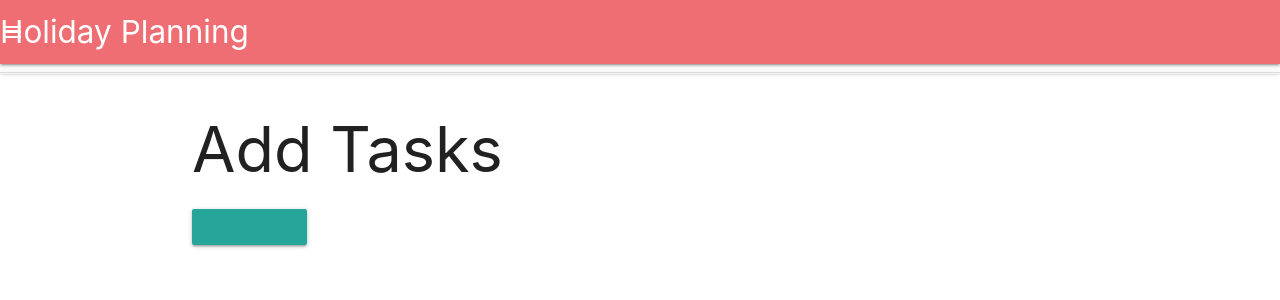
Repository: Code-Institute-Submissions/Project3-Holiday_Planning
Page: http://localhost/
The author's editor kept a record of every edit. The page is drawn from the files as they stood at one moment, then again after the next edit.
The browser window is 1280 px wide. The pictures show the whole page.
The page is served by the project's application, run on Flask 3 (app.py). Queries for data that is not in the repository find no rows.

Above is the page before.

### templates/tasks.html
{% extends 'layout.html' %}
{% block content %}


<!--put the collapsible initialization in layout.html    -->
<ul class="collapsible">
     {% for task in tasks %}
    <li>
      <div class="collapsible-header"><i class="material-icons">expand_more</i><strong>{{task.task_name}}</strong> - {{task.due_date}}</div>
      <div class="collapsible-body"><span>{{task.task_description}}</span><br><span>{{task.website_link}}</span></div>
    </li>

    {% endfor %}
  </ul>

<!--Sam's Code-->
<div>
    <section class="jumbotron text-center">
        <div class="container">
          <h1 class="jumbotron-heading" id="font1">Add Tasks</h1>
          <p id="font3">
            <a href='{{ url_for('add_task') }}' class="btn btn-warning my-2"><i class="fa fa-hand-peace-o"></i><br>Add Tasks</a>
          </p>
        </div>
      </section>
</div>

{% endblock %}

### templates/layout.html
<!DOCTYPE html>
<html>

<head>
        <link href="https://fonts.googleapis.com/icon?family=Material+Icons" rel="stylesheet">
        <link rel="stylesheet" href="https://cdnjs.cloudflare.com/ajax/libs/materialize/1.0.0/css/materialize.min.css">
        <link rel="stylesheet" href="{{url_for('static', filename='css/style.css')}}" type="text/css"/>
</head>


<body>
    <header>
        <nav>
            <div class="nav-wrapper">
                <a href="{{url_for('get_tasks')}}" class="brand-logo">Holiday Planning</a>
                <a href="#" data-activates="mobile-demo" class="button-collapse"><i class="material-icons">menu</i></a>
                <ul id="nav-mobile" class="right hide-on-med-and-down">
                    <li><a href="sass.html">Sass</a></li>
                    <li><a href="badges.html">Components</a></li>
                    <li><a href="collapsible.html">JavaScript</a></li>
                </ul>


            </div>
        </nav>

    </header>

    <div>
        {% block content %} {% endblock %}
    </div>

        <script src="https://cdnjs.cloudflare.com/ajax/libs/jquery/3.4.1/jquery.min.js"></script>
        <script src="https://cdnjs.cloudflare.com/ajax/libs/materialize/1.0.0/js/materialize.min.js"></script>

        <!--to perform the collapsible, datepicker and select option function-->
        <script type="text/javascript">
            $(document).ready(function(){
                $('.collapsible').collapsible();
                $('.datepicker').datepicker();
                $('select').formSelect();
            });

        </script>



</body>

</html>

### app.py
import os
from flask import Flask, render_template, redirect, request, url_for
from flask_pymongo import PyMongo
from bson.objectid import ObjectId


app = Flask(__name__)
app.config["MONGO_DBNAME"] = 'holiday_planning'
app.config["MONGO_URI"] = 'mongodb+srv://root:es1234@cluster0-dio8w.mongodb.net/holiday_planning?retryWrites=true&w=majority'
mongo = PyMongo(app)


# Function to display landing page (Sam's code)
@app.route('/')
def index():
    return render_template("tasks.html", tasks=mongo.db.tasks.find())


# this function fetch all our data in mongodb pass it back to tasks.html
@app.route('/get_tasks')
def get_tasks():
    return render_template("tasks.html", tasks=mongo.db.tasks.find())


# this function fetch all our category in mongodb and pass it back to addTask.htmk <select>
@app.route('/add_task')
def add_task():
    return render_template('addTask.html', category=mongo.db.category.find())


# this function will post new data to mondodb when click on the submit button in addTask.html. We convert the form to dictionary so can be understood by mon
@app.route('/insert_task', methods=['POST'])
def insert_task():
    tasks = mongo.db.tasks
    tasks.insert_one(request.form.to_dict())
    return redirect(url_for('get_tasks'))


if __name__ == '__main__':
    app.run(host=os.environ.get('IP'),
            port=int(os.environ.get('PORT')),
            debug=True)

Loaded but not shown: static/css/style.css (empty)

After the next edit:
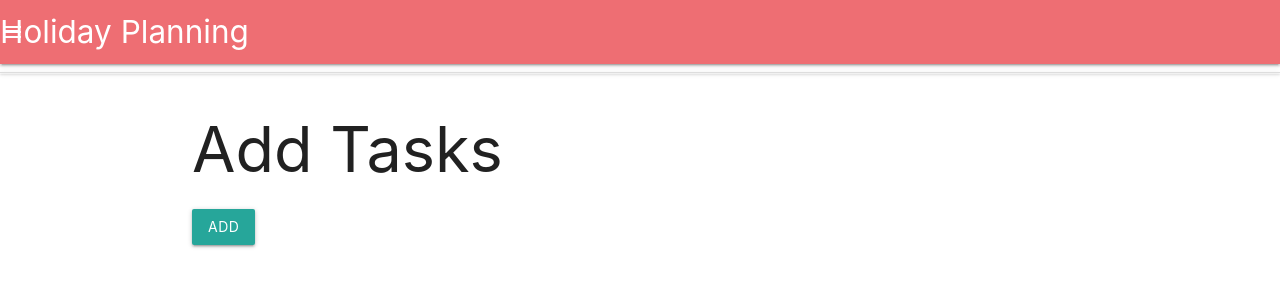
The edit:
--- a/templates/tasks.html
+++ b/templates/tasks.html
@@ -19,7 +19,7 @@
         <div class="container">
           <h1 class="jumbotron-heading" id="font1">Add Tasks</h1>
           <p id="font3">
-            <a href='{{ url_for('add_task') }}' class="btn btn-warning my-2"><i class="fa fa-hand-peace-o"></i><br>Add Tasks</a>
+            <a href='{{ url_for('add_task') }}' class="btn"> Add</a>
           </p>
         </div>
       </section>
